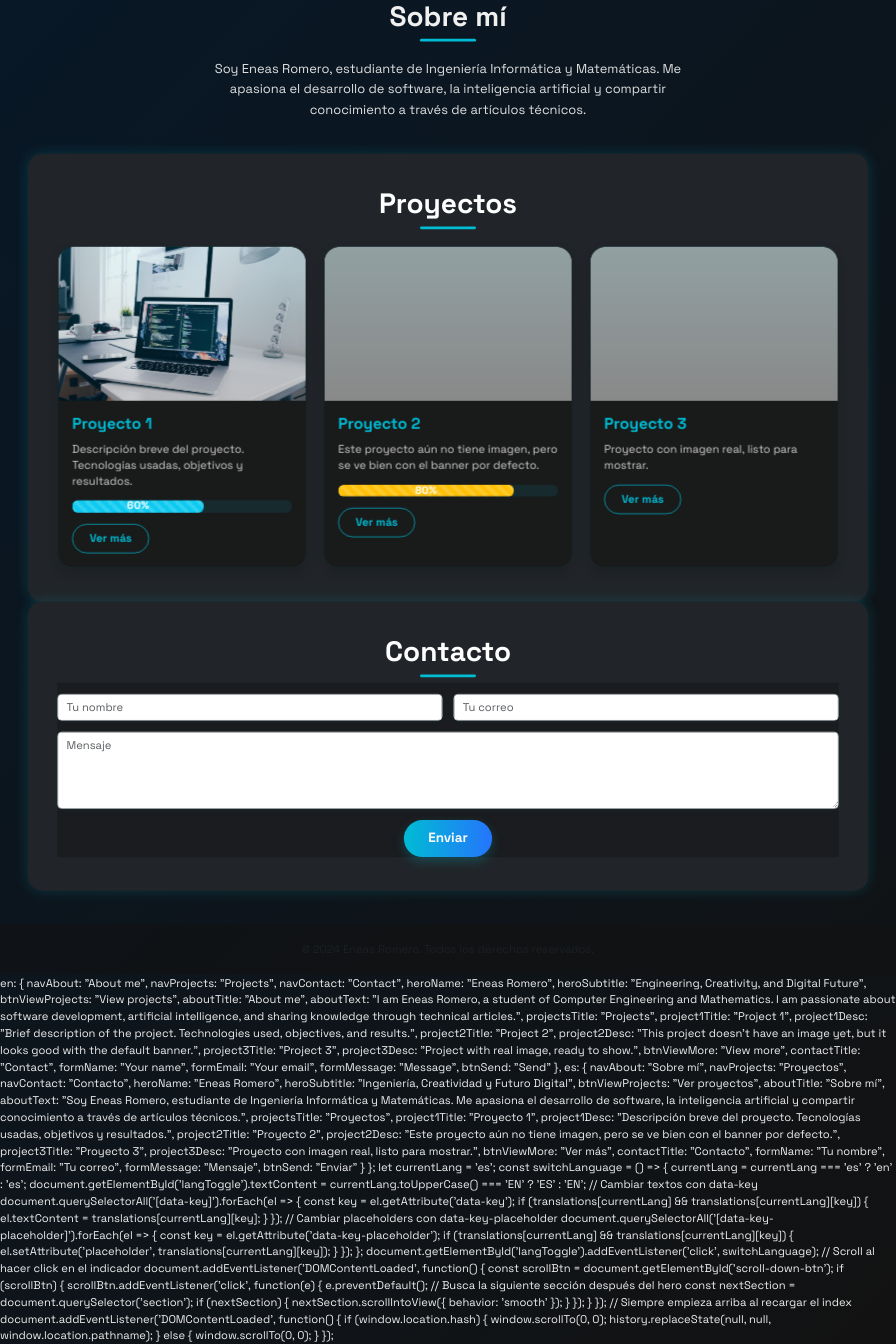
Repository: enerombar/enerombar.github.io
Page: index.html
These files come from the project's save history. The page is drawn as it stood at one moment and after the next save; the edit follows.
The browser window is 1280 px wide. The pictures show the part of the page from y = 769 to 2689 px (the page is 2689 px tall), at 70% of full size.
Pictures or frames that could not be fetched are drawn as grey boxes. Some web libraries are served in a nearby version.

Above is the page before, as saved 2025-06-27 01:09:25.

After the next save:
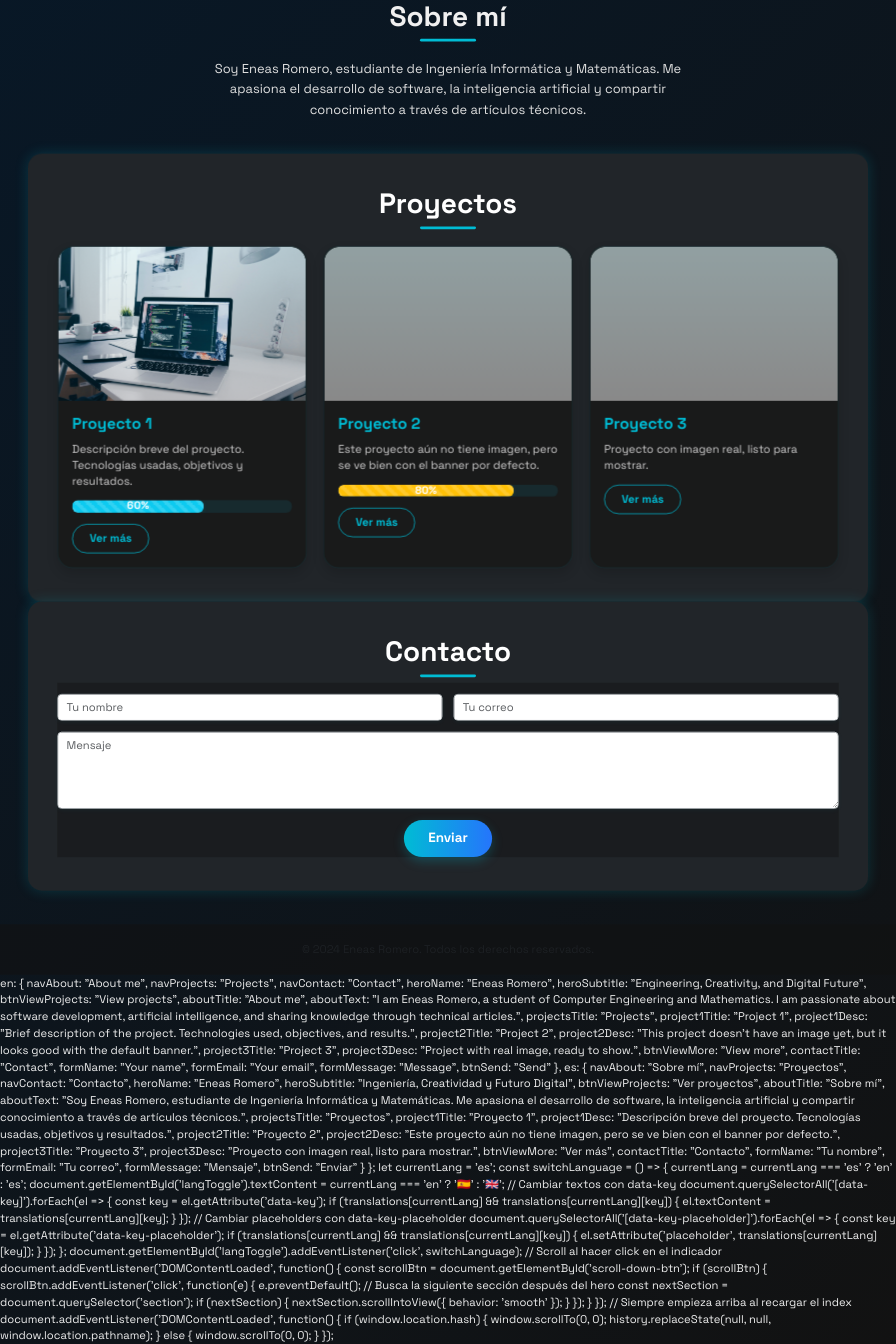
Saved 7 min 20 s later.
--- a/index.html
+++ b/index.html
@@ -295,7 +295,7 @@
 
     const switchLanguage = () => {
       currentLang = currentLang === 'es' ? 'en' : 'es';
-      document.getElementById('langToggle').textContent = currentLang.toUpperCase() === 'EN' ? 'ES' : 'EN';
+      document.getElementById('langToggle').textContent = currentLang === 'en' ? '🇪🇸' : '🇬🇧';
 
       // Cambiar textos con data-key
       document.querySelectorAll('[data-key]').forEach(el => {
